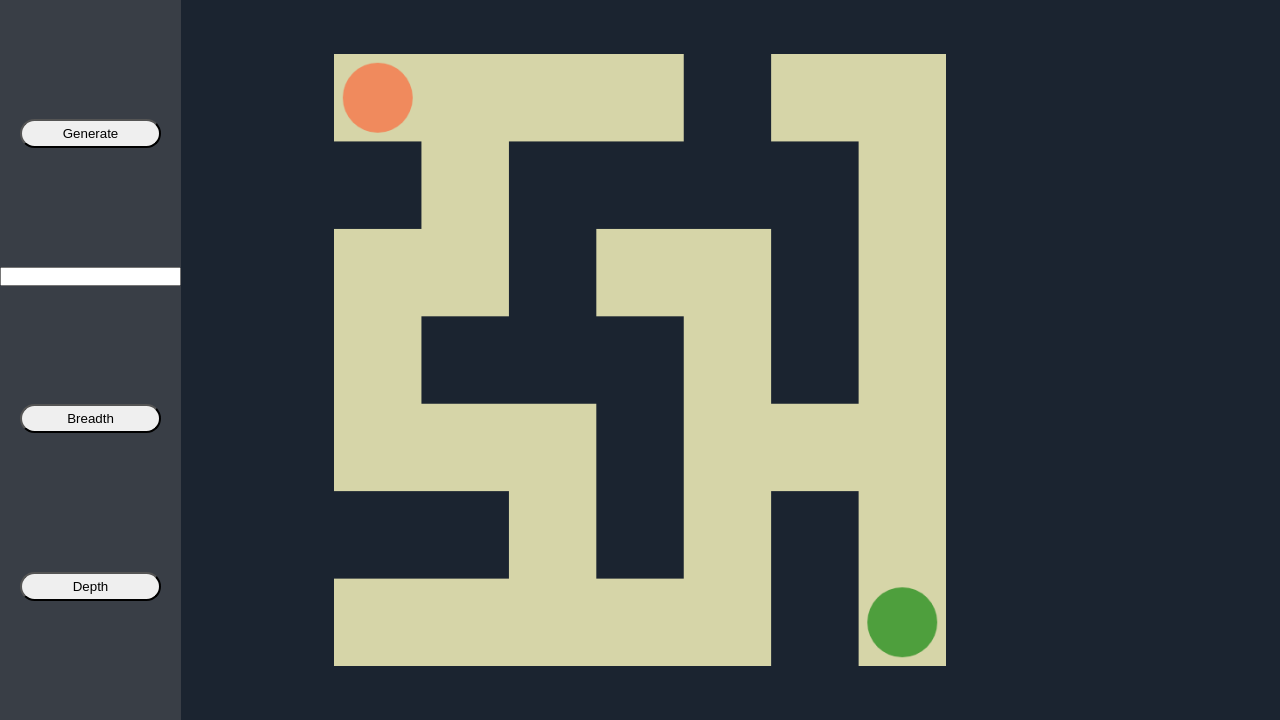
Repository: 2Friendly4You/advanced-maze-solver
Page: index.html
These files come from the project's save history. The page is drawn as it stood at one moment and after the next save; the edit follows.
The browser window is 1280 px wide. The pictures show the whole page.

Above is the page before, as saved 2022-09-20 14:20:29.

### index.html
<!DOCTYPE html>
<html lang="en">
<head>
    <meta charset="UTF-8">
    <meta http-equiv="X-UA-Compatible" content="IE=edge">
    <meta name="viewport" content="width=device-width, initial-scale=1.0">
    <title>Search Algorithms</title>
    <link rel="icon" type="image/x-icon" href=/images/favicon.ico">
    <link rel="stylesheet" href="styles.css">
    <script src="script.js" defer></script>
</head>
<body>
    <div class="buttonContainer">
        <button id="generateButton">Generate</button>
        <input>
        <button id="breadthButton">Breadth</button>
        <button id="depthButton">Depth</button>
    </div>

    <canvas width="700" height="700"></canvas>
</body>
</html>

### styles.css
* {
    margin: 0;
    padding: 0;
}

body {
    background-color: #1B2430;
    width: 100%;
    height: 100%;
    display: flex;
    justify-items: center;
    align-items: center;
}

canvas {
    background-color: #1B2430;
    position: absolute;
    height: 85vmin;
    aspect-ratio: 1 / 1;
    resize: none;

    top: 50%;
    left: 50%;
    transform: translate(-50%, -50%);
}

.buttonContainer {
    background-color: #393E46;
    display: flex;
    flex-direction: column;
    justify-content: space-evenly;
    height: 100vh;
}

button {
    margin: 20px;
    border-radius: 20px;
    padding: 5px;
}

### script.js
// TODO low priority - change drawing so that only changed elements are redrawn
const EMPTY_COLOR = "#D6D5A8";
const WALL_COLOR = "#1B2430";
const VISITED_COLOR = "gray";
const PATH_COLOR = "#FF2E63"
const START_COLOR = "#F08A5D"
const END_COLOR = "#4E9F3D"

function Maze(canvas, ctx) {
    this.canvas = canvas
    this.ctx = ctx;
}

Maze.prototype = {

    setProperties(grid, start, end) {
        this.grid = grid;
        this.start = start;
        this.end = end;
        this.width = this.canvas.width / this.grid[0].length;
        this.height = this.canvas.height / this.grid.length;
    },

    draw(visited) {
        for(let r = 0; r < this.grid.length; ++r) {
            for(let c = 0; c < this.grid[0].length; ++c) {
                this.ctx.beginPath();
                this.ctx.fillStyle = EMPTY_COLOR;
                if(this.grid[r][c] == 1) {
                    this.ctx.fillStyle = WALL_COLOR;
                }
                if(typeof visited !== 'undefined' && visited.has([r, c].toString())) {
                    this.ctx.fillStyle = VISITED_COLOR;
                }
                this.ctx.fillRect(c * this.width, r * this.height, this.width, this.height);
            }
        }
        this.drawStartAndEnd();
    },

    drawStartAndEnd() {
        const drawCircle = (tile, color) => {
            this.ctx.beginPath();
            this.ctx.arc(tile[1] * this.width + this.width / 2, tile[0] * this.height + this.height / 2, this.width / 2.5, 0, Math.PI * 2);
            this.ctx.fillStyle = color;
            this.ctx.fill();
        }
        drawCircle(this.start, START_COLOR);
        drawCircle(this.end, END_COLOR);
    },

    drawPath(path) {
        for(const tile of path) {
            let [r, c] = tile;
            this.ctx.fillStyle = PATH_COLOR;
            this.ctx.fillRect(c * this.width, r * this.height, this.width, this.height);
        }
        this.drawStartAndEnd();
    },

    checkMovable(curr) {
        let [r, c] = curr;
        return 0 <= r && r < this.grid.length &&
               0 <= c && c < this.grid[0].length &&
               this.grid[r][c] == 0;
    },

    getAdjs(tile) {
        let [r, c] = tile;
        let possAdjs = [[r - 1, c], [r, c + 1], [r + 1, c], [r, c - 1]];
        return possAdjs.filter((possAdj) => this.checkMovable(possAdj));
    },

    getGenerationAdjs(curr) {
        let [r, c] = curr;
        let possPairs = [
            [[r - 1, c], [r - 2, c]],
            [[r, c + 1], [r, c + 2]],
            [[r + 1, c], [r + 2, c]],
            [[r, c - 1], [r, c - 2]]
        ];
        possPairs = possPairs.filter((possPair) => this.checkMovable(possPair[1]))

        const shuffle = (arr) => {
            for (let i = arr.length - 1; i > 0; i--) {
                const j = Math.floor(Math.random() * (i + 1));
                [arr[i], arr[j]] = [arr[j], arr[i]];
            }
        }
        shuffle(possPairs);
        return possPairs;
    },

    search(type, delay) {
        console.assert(type === "depth" || type === "breadth");
        let deque = [[this.start]];
        let visited = new Set();
        const searchStep = (deque, visited, type, delay) => {
            if(deque.length == 0) {
                return;
            }
            let path;
            if(type === "depth") {
                path = deque.pop();
            }
            else {
                path = deque.shift();
            }
            let curr = path[path.length - 1];
            if(visited.has(curr.toString())) {
                return searchStep(deque, visited, type, delay);
            }
            visited.add(curr.toString());
            this.draw(visited);

            if(arrayEquals(curr, this.end)) {
                this.drawPath(path);
                return path;
            }
            //TODO maybe reverse for depth or breadth
            for(const adj of this.getAdjs(curr)) {
                deque.push([...path, adj]);
            }
            setTimeout(() => searchStep(deque, visited, type, delay), delay);
        }
        searchStep(deque, visited, type, delay);
    },

    generate(size, delay) {
        this.setProperties(...prepareMaze(size));
        let genStart = generateRandomEvenCoord(this.grid.length);
        let stack = [[genStart, genStart]];
        let visited = new Set();
        const generateStep = (stack, visited, delay) => {
            if(stack.length == 0) {
                return "Done generating";
            }
            let [wall, curr] = stack.pop();
            if(visited.has(curr.toString())) {
                return generateStep(stack, visited, delay);;
            }
            // console.log(`visiting ${curr}`)
            visited.add(curr.toString());
            this.grid[wall[0]][wall[1]] = 0;
            this.draw();
            for(const pair of this.getGenerationAdjs(curr)) {
                stack.push(pair);
            }
            setTimeout(() => generateStep(stack, visited, delay), delay)
        }
        return generateStep(stack, visited, delay);
    },

    click(x, y) {
        // canvasSize = this.canvas.style.width;
        // console.log(`width: ${this.width} height:  ${this.height}`)
        console.log("x: " + x + " y: " + y);

        let row = Math.floor(y / parseFloat(getComputedStyle(this.canvas).height) * this.grid.length);
        let col = Math.floor(x / parseFloat(getComputedStyle(this.canvas).width) * this.grid.length);
        console.log(`row: ${row} col: ${col}`);

        this.grid[row][col] = 1;
        this.draw();
    }
}

function generateRandomEvenCoord(size) {
    const generateRandomEvenNumber = (max) => Math.floor(Math.random() * Math.floor(size/2)) * 2;
    let r = generateRandomEvenNumber(size);
    let c = generateRandomEvenNumber(size);
    return [r, c];
}

function prepareMaze(size) {
    console.assert(size % 2 === 1);
    let grid = [];
    for(let r = 0; r < size; r++) {
        let row = [];
        for(let c = 0; c < size; c++) {
            if(r % 2 === 0 && c % 2 === 0) {
                row.push(0);
            }
            else {
                row.push(1);
            }
        }
        grid.push(row);
    }
    let start = generateRandomEvenCoord(size);
    let end = generateRandomEvenCoord(size);
    return [grid, start, end];
}

function arrayEquals(a, b) {
    return Array.isArray(a) &&
      Array.isArray(b) &&
      a.length === b.length &&
      a.every((val, index) => val === b[index]);
}

function arrayContainsSubarray(bigArr, smallArr) {
    return bigArr.some((subarr) => (arrayEquals(smallArr, subarr)))
}

function main() {
    let canvas = document.querySelector("canvas");
    let ctx = canvas.getContext("2d");

    let generateButton = document.getElementById("generateButton");
    let breadthButton = document.getElementById("breadthButton");
    let depthButton = document.getElementById("depthButton");

    let size = 25;
    // let [grid, start, end] = prepareMaze(size);

    let maze = new Maze(canvas, ctx);
    let grid = [
        [0, 0, 0, 0, 1, 0, 0],
        [1, 0, 1, 1, 1, 1, 0],
        [0, 0, 1, 0, 0, 1, 0],
        [0, 1, 1, 1, 0, 1, 0],
        [0, 0, 0, 1, 0, 0, 0],
        [1, 1, 0, 1, 0, 1, 0],
        [0, 0, 0, 0, 0, 1, 0],
    ];
    let start = [0, 0];
    let end = [6, 6];
    maze.setProperties(grid, start, end);
    maze.draw();

    breadthButton.addEventListener("click", () => maze.search("breadth", 50));
    depthButton.addEventListener("click", () => maze.search("depth", 50));
    generateButton.addEventListener("click", () => maze.generate(19, 50));

    // let mouseDown = false;
    // document.addEventListener("mousedown", () => mouseDown = true);
    // document.addEventListener("mouseup", () => mouseDown = false);
    canvas.addEventListener("mousedown", (e) => {
        const rect = canvas.getBoundingClientRect();
        const x = e.clientX - rect.left;
        const y = e.clientY - rect.top;
        maze.click(x, y);
    });
}

main();

After the next save:
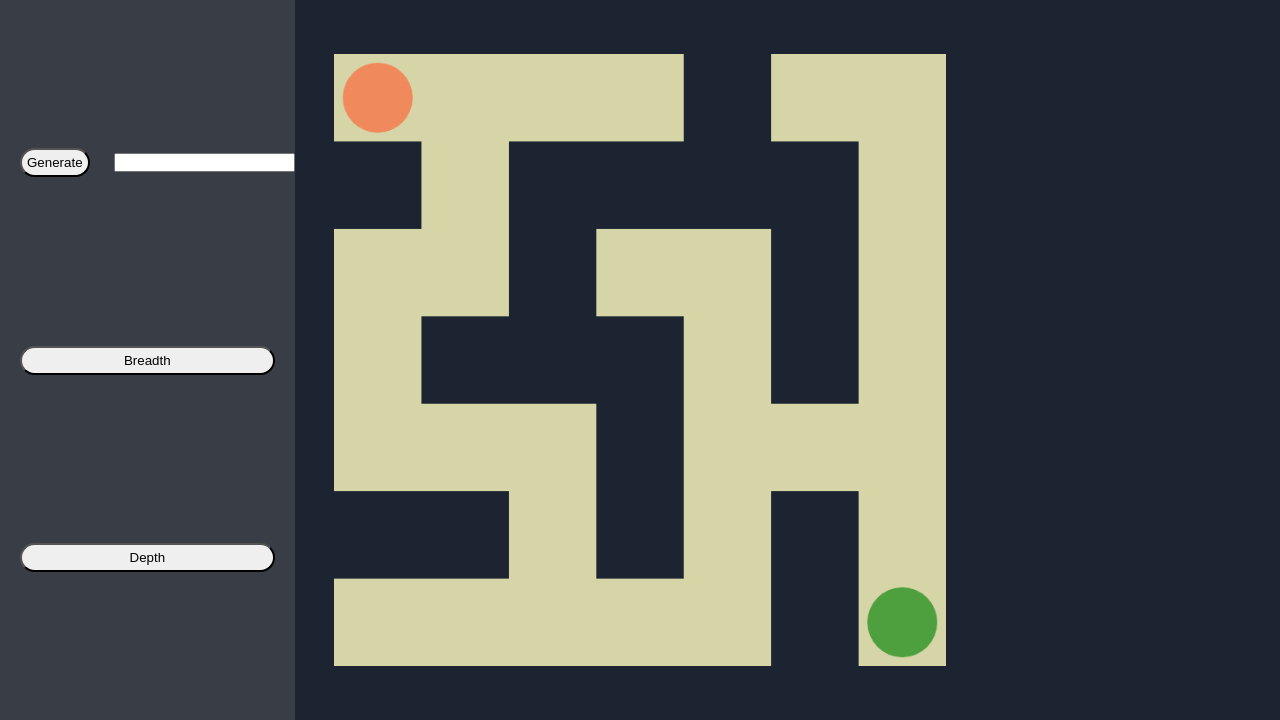
Saved 47 s later.
--- a/index.html
+++ b/index.html
@@ -11,8 +11,10 @@
 </head>
 <body>
     <div class="buttonContainer">
-        <button id="generateButton">Generate</button>
-        <input>
+        <div>
+            <button id="generateButton">Generate</button>
+            <input>
+        </div>
         <button id="breadthButton">Breadth</button>
         <button id="depthButton">Depth</button>
     </div>
